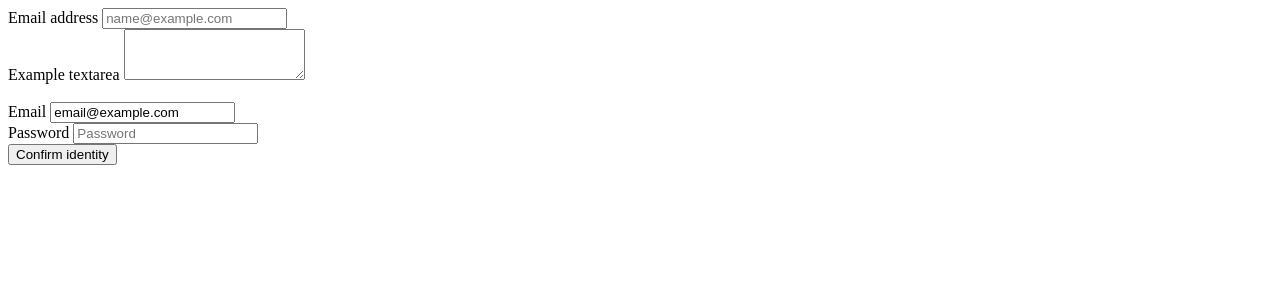
Repository: arunyerram/Web-TEChnologies
Page: Froms.html
These files come from the project's save history. The page is drawn as it stood at one moment and after a run of saves; the edit follows.
The browser window is 1280 px wide. The pictures show the whole page.

Above is the page before, as saved 2025-02-22 12:55:42.

After the next 4 saves:
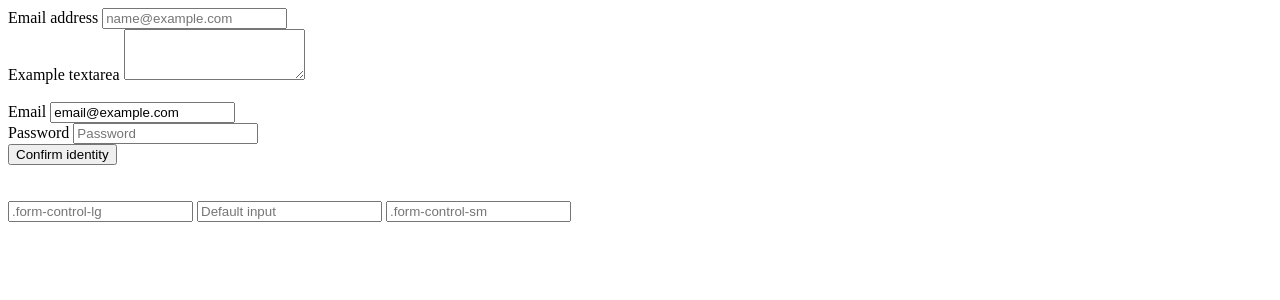
The 4 saves are shown as one change because they came seconds apart.
The last was saved 11 s later.
--- a/Froms.html
+++ b/Froms.html
@@ -32,6 +32,12 @@
 
       </form>
 
+      <br/>
+      <br/>
 
+
+      <input class="form-control form-control-lg" type="text" placeholder=".form-control-lg" aria-label=".form-control-lg example">
+<input class="form-control" type="text" placeholder="Default input" aria-label="default input example">
+<input class="form-control form-control-sm" type="text" placeholder=".form-control-sm" aria-label=".form-control-sm example">
 </body>
 </html>
